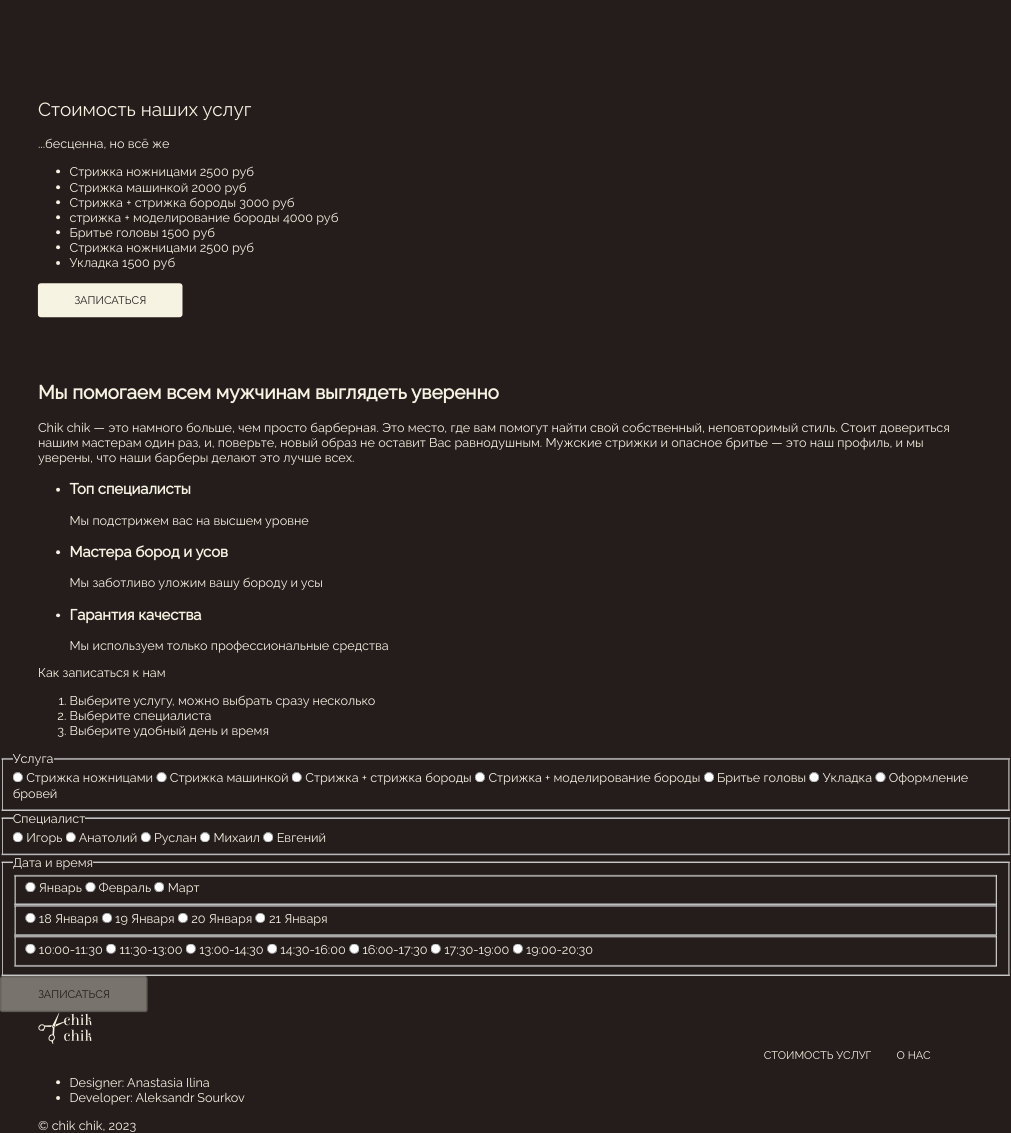
Repository: alexboagreek/chick-chick
Page: index.html
An editor plug-in stored every save of this project. The page is shown before and after a run of saves, followed by the edit.
The browser window is 1280 px wide. The pictures show the part of the page from y = 646 to 2126 px (the page is 2080 px tall before and 2126 px after), at 79% of full size.
A picture or video elsewhere on the page could not be fetched, so the positions and the page height are approximate.

Above is the page before, as saved 2023-01-18 17:21:47.

After the next 4 saves:
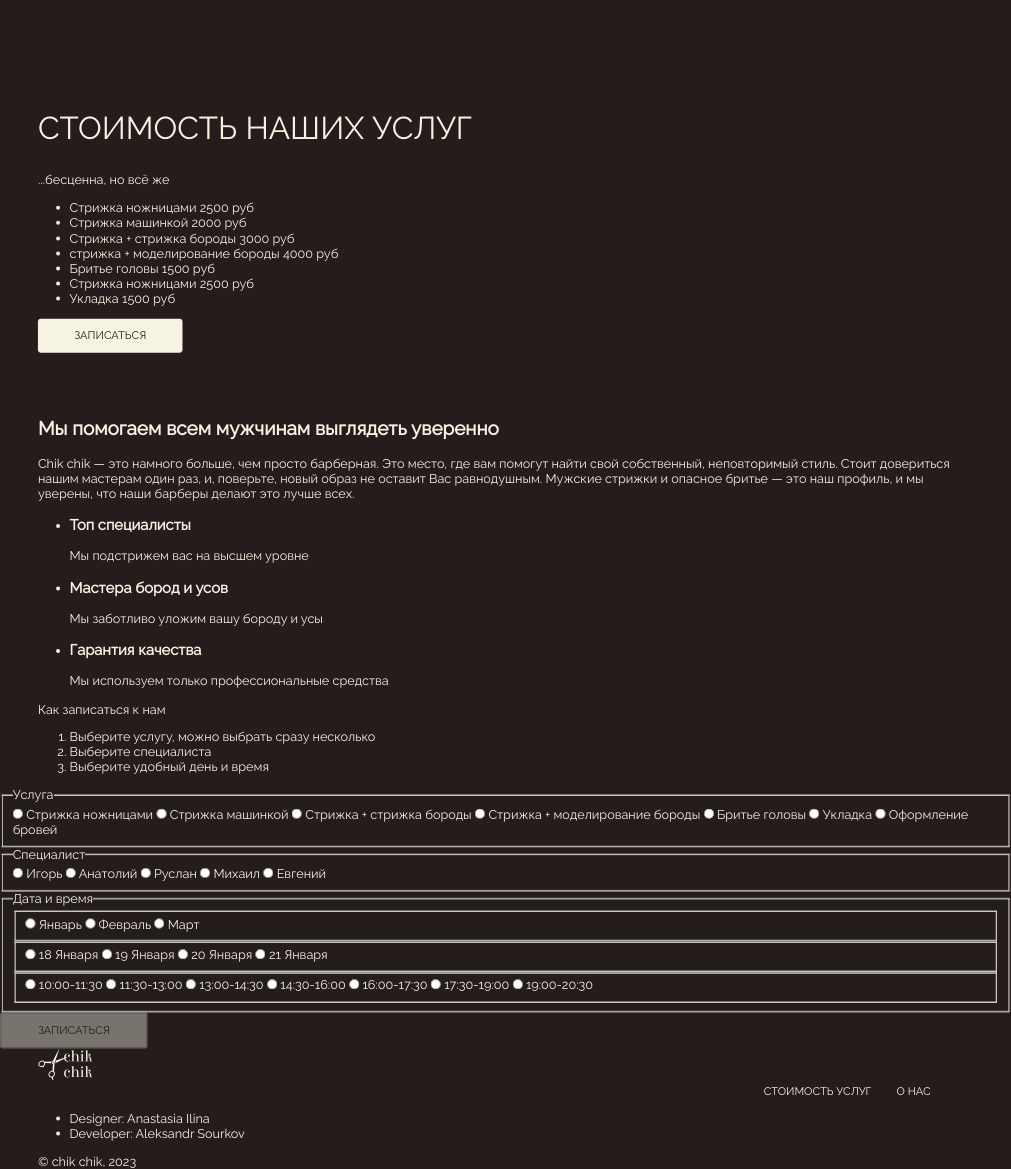
The 4 saves are shown as one change because they came seconds apart.
The last was saved 10 s later.
--- a/styles/price.css
+++ b/styles/price.css
@@ -4,6 +4,8 @@
 
 .price__title {
     font-weight: 400;
+    font-size: 40px;
+    text-transform: uppercase;
 }
 
 @media (max-width: 768px) {
